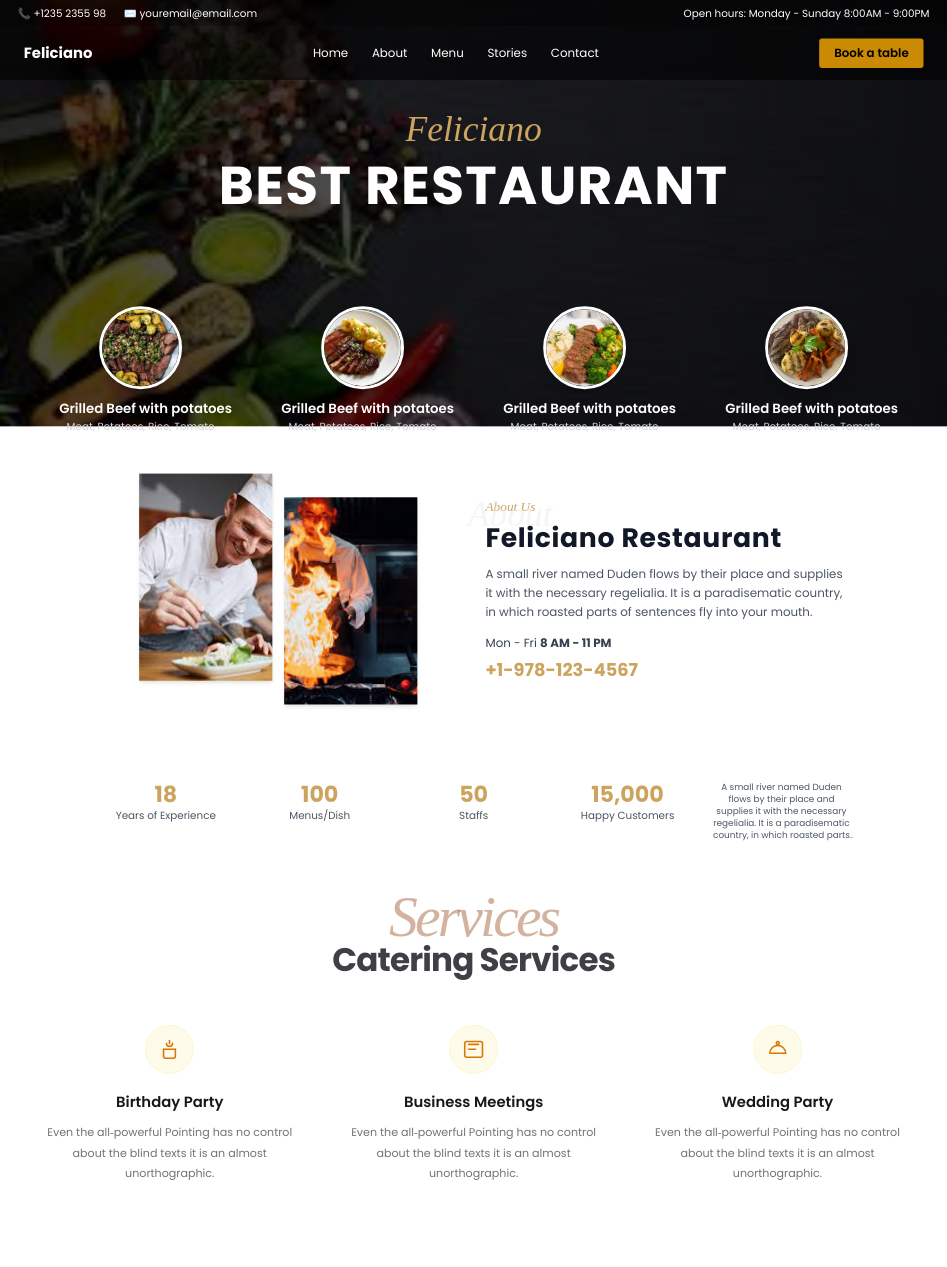
Repository: Purniagithub/Benttacproject
Page: /
The author's editor kept a copy of each file at every save. The page is drawn from the files as they stood at one save, then again after the next save.
The browser window is 1280 px wide. The pictures show the whole page, at 74% of full size.
Some web fonts or font styles are not loaded; a fallback is used. The project was rebuilt for these pictures with package versions that can differ from the ones it lists, and the page was loaded fresh each time. Also part of the build but not shown: vite.config.js.

Above is the page before, as saved 2025-08-21 17:52:02.

### index.html
<!doctype html>
<html lang="en">
  <head>
    <meta charset="UTF-8" />
    <link rel="icon" type="image/svg+xml" href="/vite.svg" />
    <link href="https://fonts.googleapis.com/css2?family=Playfair+Display:ital,wght@1,500&family=Poppins:wght@400;600;700&display=swap" rel="stylesheet">

    <meta name="viewport" content="width=device-width, initial-scale=1.0" />
    <title>Vite + React</title>
  </head>
  <body>
    <div id="root"></div>
    <script type="module" src="/src/main.jsx"></script>
  </body>
</html>

### src/App.jsx
import React from "react";
import Navbar from "./components/Navbar";
import Hero from "./components/Hero";

function App() {
  return (
    <div className="font-poppins">
      <Navbar />
      <Hero />
    </div>
  );
}

export default App;

### src/components/Navbar.jsx
import React from "react";

const Navbar = () => {
  return (
    <header className="absolute top-0 left-0 w-full z-50">
      {/* Top bar */}
      <div className="flex justify-between items-center bg-black bg-opacity-70 text-white text-sm px-6 py-2">
        <div className="flex space-x-6">
          <span>📞 +1235 2355 98</span>
          <span>✉️ youremail@email.com</span>
        </div>
        <span>Open hours: Monday - Sunday 8:00AM - 9:00PM</span>
      </div>

      {/* Main Navbar */}
      <nav className="flex justify-between items-center bg-black bg-opacity-60 text-white px-8 py-4">
        <h1 className="text-xl font-bold">Feliciano</h1>
        <ul className="flex space-x-8 font-medium">
          <li><a href="#" className="hover:text-yellow-400">Home</a></li>
          <li><a href="#" className="hover:text-yellow-400">About</a></li>
          <li><a href="#" className="hover:text-yellow-400">Menu</a></li>
          <li><a href="#" className="hover:text-yellow-400">Stories</a></li>
          <li><a href="#" className="hover:text-yellow-400">Contact</a></li>
        </ul>
        <button className="bg-yellow-600 hover:bg-yellow-700 px-5 py-2 rounded text-black font-semibold">
          Book a table
        </button>
      </nav>
    </header>
  );
};

export default Navbar;

### src/components/Hero.jsx
import React from "react";
import AboutSection from "../components/AboutSection";
import CateringServices from "./CateringServices";

const dishes = [
  { id: 1, name: "Grilled Beef with potatoes", desc: "Meat, Potatoes, Rice, Tomato", img: "/dish-1.jpeg" },
  { id: 2, name: "Grilled Beef with potatoes", desc: "Meat, Potatoes, Rice, Tomato", img: "/dish-2.jpeg" },
  { id: 3, name: "Grilled Beef with potatoes", desc: "Meat, Potatoes, Rice, Tomato", img: "/dish-3.jpeg" },
  { id: 4, name: "Grilled Beef with potatoes", desc: "Meat, Potatoes, Rice, Tomato", img: "/dish-4.jpeg" },
];

const Hero = () => {
  return (
    <>
    <section
      className="relative h-[80vh] bg-cover bg-center flex flex-col justify-center items-center text-white px-4"
      style={{ backgroundImage: "url('/img-4.jpeg')" }}
    >
      {/* Dark overlay */}
      <div className="absolute inset-0 bg-black/70"></div>

      {/* Headings */}
      <div className="relative z-10 text-center mt-20 md:mt-32 lg:mt-40">
        <h2 className="text-3xl md:text-4xl lg:text-5xl font-serif italic text-[#CDA45E]">
          Feliciano
        </h2>
        <h1 className="text-4xl md:text-5xl lg:text-7xl font-extrabold tracking-wide mt-3 md:mt-4 uppercase">
          Best Restaurant
        </h1>
      </div>

      {/* Dish Cards */}
      <div className="relative z-10 grid grid-cols-1 sm:grid-cols-2 md:grid-cols-4 gap-10 md:gap-16 lg:gap-20 mt-16 md:mt-24 lg:mt-32">
        {dishes.map((dish) => (
          <div key={dish.id} className="text-center max-w-[220px] mx-auto">
            <img
              src={dish.img}
              alt={dish.name}
              className="w-24 h-24 md:w-28 md:h-28 object-cover rounded-full mx-auto border-4 border-white shadow-lg"
            />
            <h3 className="mt-3 font-semibold text-base md:text-lg whitespace-nowrap">
              {dish.name}
            </h3>
            <p className="text-xs md:text-sm text-gray-300">{dish.desc}</p>
          </div>
        ))}
      </div>
    </section>
     {/* Other sections */}
     <AboutSection />
     <CateringServices />
</>
  );
};

export default Hero;

### src/components/AboutSection.jsx
// src/components/AboutSection.jsx
import React from "react";

export default function AboutSection() {
  return (
    <section className="w-full bg-white py-16">
      <div className="max-w-5xl mx-auto text-center">
        {/* Top Grid (Images + Content) */}
        <div className="grid grid-cols-1 lg:grid-cols-2 gap-8 items-center">
          {/* Left Images */}
          <div className="flex justify-center gap-4">
            <img
              src="/chef-1.jpeg"
              alt="Chef serving"
              className="shadow-md object-cover h-[280px] w-[180px]"
            />
            <img
              src="/chef-5.jpeg"
              alt="Cooking food"
              className="shadow-md object-cover h-[280px] w-[180px] mt-8"
            />
          </div>

          {/* Right Content */}
          <div className="text-left lg:text-left">
            <h3 className="text-lg font-serif italic text-[#CDA45E] relative mb-2">
              <span className="absolute -left-6 top-0 text-5xl text-gray-200 opacity-40">
                About
              </span>
              About Us
            </h3>
            <h2 className="text-4xl font-bold text-gray-900 mb-4 tracking-wide">
              Feliciano Restaurant
            </h2>
            <p className="text-gray-600 mb-4 leading-relaxed">
              A small river named Duden flows by their place and supplies it
              with the necessary regelialia. It is a paradisematic country, in
              which roasted parts of sentences fly into your mouth.
            </p>

            <p className="text-gray-700 mb-2">
              Mon - Fri <span className="font-bold">8 AM - 11 PM</span>
            </p>
            <p className="text-2xl font-bold text-[#CDA45E]">
              +1-978-123-4567
            </p>
          </div>
        </div>

        {/* Stats Section */}
        <div className="grid grid-cols-2 sm:grid-cols-5 gap-4 mt-16 pt-10">
          <div className="text-center">
            <h4 className="text-3xl font-bold text-[#CDA45E]">18</h4>
            <p className="text-sm text-gray-600">Years of Experience</p>
          </div>
          <div className="text-center">
            <h4 className="text-3xl font-bold text-[#CDA45E]">100</h4>
            <p className="text-sm text-gray-600">Menus/Dish</p>
          </div>
          <div className="text-center">
            <h4 className="text-3xl font-bold text-[#CDA45E]">50</h4>
            <p className="text-sm text-gray-600">Staffs</p>
          </div>
          <div className="text-center">
            <h4 className="text-3xl font-bold text-[#CDA45E]">15,000</h4>
            <p className="text-sm text-gray-600">Happy Customers</p>
          </div>
          <div className="text-center text-xs line-clamp-5">
            <p className="text-xs text-gray-600">A small river named Duden flows by their place and supplies it
              with the necessary regelialia. It is a paradisematic country, in
              which roasted parts of sentences fly into your mouth.</p>
          </div>
        </div>
      </div>
    </section>
  );
}

### src/components/CateringServices.jsx
import React from "react";

function IconCake(props) {
  return (
    <svg viewBox="0 0 24 24" aria-hidden="true" {...props}>
      <g fill="none" stroke="currentColor" strokeWidth="1.6" strokeLinecap="round" strokeLinejoin="round">
        <path d="M12 3v3" />
        <path d="M9 6a3 3 0 1 0 6 0" />
        <path d="M6 12h12" />
        <path d="M6 12v7a2 2 0 0 0 2 2h8a2 2 0 0 0 2-2v-7" />
      </g>
    </svg>
  );
}

function IconMeeting(props) {
  return (
    <svg viewBox="0 0 24 24" aria-hidden="true" {...props}>
      <g fill="none" stroke="currentColor" strokeWidth="1.6" strokeLinecap="round" strokeLinejoin="round">
        <path d="M7 7h10M7 12h7" />
        <path d="M3 18a2 2 0 0 0 2 2h14a2 2 0 0 0 2-2V6a2 2 0 0 0-2-2H5a2 2 0 0 0-2 2z" />
      </g>
    </svg>
  );
}

function IconCloche(props) {
  return (
    <svg viewBox="0 0 24 24" aria-hidden="true" {...props}>
      <g fill="none" stroke="currentColor" strokeWidth="1.6" strokeLinecap="round" strokeLinejoin="round">
        <path d="M12 7a1.5 1.5 0 1 0 0-3 1.5 1.5 0 0 0 0 3z" />
        <path d="M4 16a8 8 0 1 1 16 0" />
        <path d="M4 16h16" />
      </g>
    </svg>
  );
}

const cards = [
  {
    title: "Birthday Party",
    text:
      "Even the all‑powerful Pointing has no control about the blind texts it is an almost unorthographic.",
    Icon: IconCake,
  },
  {
    title: "Business Meetings",
    text:
      "Even the all‑powerful Pointing has no control about the blind texts it is an almost unorthographic.",
    Icon: IconMeeting,
  },
  {
    title: "Wedding Party",
    text:
      "Even the all‑powerful Pointing has no control about the blind texts it is an almost unorthographic.",
    Icon: IconCloche,
  },
];

export default function CateringServices({
  id = "services",
  heading = "Catering Services",
  accent = "Services",
}) {
  return (
    <section id={id} className="relative isolate bg-white py-24 sm:py-28">
      {/* Accent word behind heading */}
      <div aria-hidden className="pointer-events-none absolute inset-x-0 -top-1 sm:top-0 text-center">
        <span className="select-none font-serif italic tracking-tighter text-amber-800/40 text-7xl sm:text-8xl md:text-[78px] leading-none">
          {accent}
        </span>
      </div>

      <div className="mx-auto max-w-[1200px] px-4 -mt-12">
        {/* Main heading */}
        <h2 className="text-center text-[34px] sm:text-[38px] md:text-[44px] font-extrabold tracking-tight text-zinc-700">
          {heading}
        </h2>

        {/* Cards */}
        <div className="mt-14 grid grid-cols-1 md:grid-cols-3 gap-12 md:gap-16">
          {cards.map(({ title, text, Icon }) => (
            <article key={title} className="text-center">
              <div className="mx-auto mb-6 flex h-16 w-16 items-center justify-center rounded-full bg-amber-50 ring-1 ring-amber-100 text-amber-600">
                <Icon className="h-8 w-8" />
              </div>
              <h3 className="text-[20px] font-semibold text-zinc-900">{title}</h3>
              <p className="mt-3 mx-auto max-w-[340px] text-[15px] leading-7 text-zinc-500">
                {text}
              </p>
            </article>
          ))}
        </div>
      </div>
    </section>
  );
}

### tailwind.config.js
/** @type {import('tailwindcss').Config} */
export default {
  content: ["./index.html",
    "./src/**/*.{js,ts,jsx,tsx}",],
  theme: {
    extend: {fontFamily: {
      sans: ['Poppins', 'sans-serif'],
      serif: ['Playfair Display', 'serif'],
    },
    colors: {
      gold: "#CDA45E",
    },},
  },
  plugins: [],
}

Loaded but not shown: src/main.jsx (common file); src/index.css (common file)

After the next save:
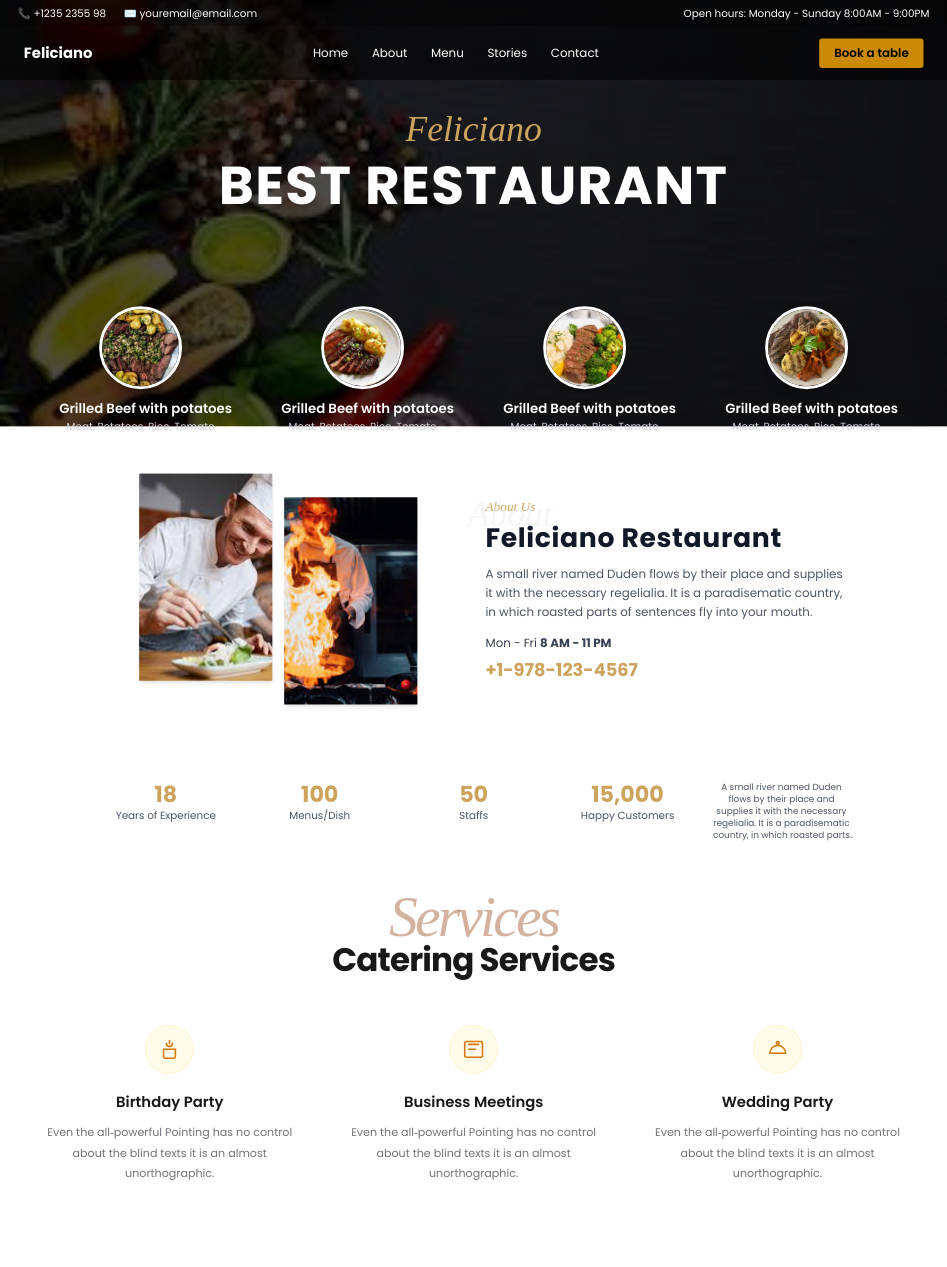
Saved 10 s later.
--- a/src/components/CateringServices.jsx
+++ b/src/components/CateringServices.jsx
@@ -73,7 +73,7 @@ export default function CateringServices({
 
       <div className="mx-auto max-w-[1200px] px-4 -mt-12">
         {/* Main heading */}
-        <h2 className="text-center text-[34px] sm:text-[38px] md:text-[44px] font-extrabold tracking-tight text-zinc-700">
+        <h2 className="text-center text-[34px] sm:text-[38px] md:text-[44px] font-extrabold tracking-tight text-zinc-900">
           {heading}
         </h2>
 
